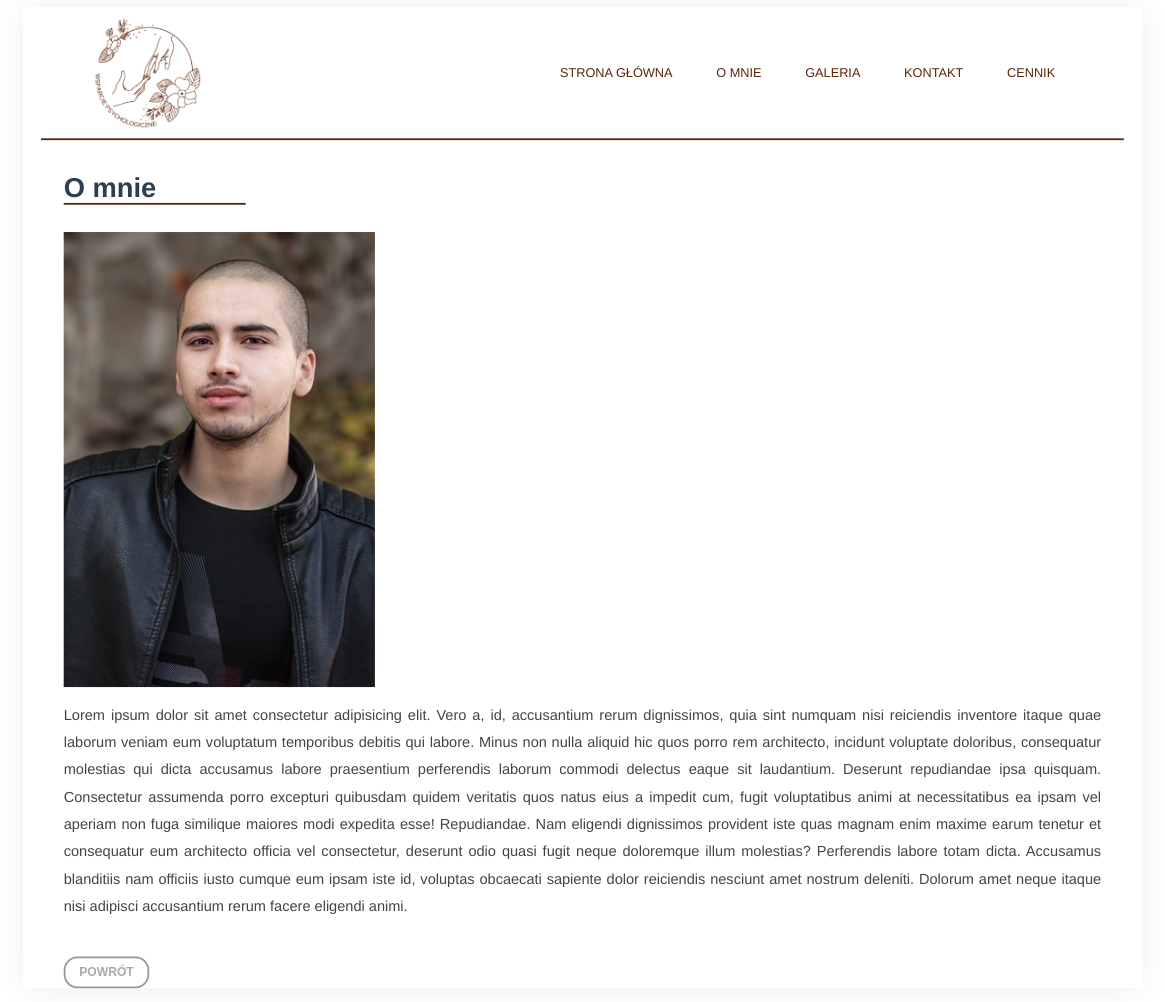
Repository: Kondzioor/szczepan-page
Page: /about
These files come from the project's save history. The page is drawn as it stood at one moment and after the next save; the edit follows.
The browser window is 1280 px wide. The pictures show the whole page, at 91% of full size.
Some web libraries are served in a nearby version. The project was rebuilt for these pictures with package versions that can differ from the ones it lists, and the page was loaded fresh each time. Also part of the build but not shown: src/views/Home.vue.

Above is the page before, as saved 2022-03-28 21:22:20.

### public/index.html
<!DOCTYPE html>
<html lang="">
  <head>
    <meta charset="utf-8">
    <meta http-equiv="X-UA-Compatible" content="IE=edge">
    <meta name="viewport" content="width=device-width,initial-scale=1.0">
    <link rel="icon" href="<%= BASE_URL %>favicon.ico">
    <title><%= htmlWebpackPlugin.options.title %></title>
    <script src="https://kit.fontawesome.com/c0ecb9f799.js" crossorigin="anonymous"></script>
  </head>
  <body>
    <noscript>
      <strong>We're sorry but <%= htmlWebpackPlugin.options.title %> doesn't work properly without JavaScript enabled. Please enable it to continue.</strong>
    </noscript>
    <div id="app"></div>
    <!-- built files will be auto injected -->
  </body>
</html>

### src/App.vue
<template>
 <div class="app">
   <Navbar />
   <router-view></router-view>
 </div>
</template>
<script>
import Navbar from './components/Navbar.vue'
export default {
  components:{
    Navbar,
  }
}
</script>

<style lang="scss">
.app {
  font-family: Avenir, Helvetica, Arial, sans-serif;
  -webkit-font-smoothing: antialiased;
  -moz-osx-font-smoothing: grayscale;
  color: #2c3e50;
  width: 100%;
  box-sizing: border-box;
  max-width:  1230px;
  min-height: 100vh;
  margin: 0 auto;
  padding: 0 20px;
  box-shadow: 0 0 35px #eee ;
}
a{
  text-decoration: none;
}
ul li{
  list-style: none;
}
button{
  border: none;
  outline: none;
  background: transparent;
  cursor: pointer;
}
</style>

### src/router/index.js
import { createRouter, createWebHistory } from 'vue-router'
import Home from '../views/Home.vue'
import AboutUs from '../views/AboutUs.vue'

const routes = [
  {
    path: '/',
    name: 'Home',
    component: Home
  },
  {
    path: '/about',
    name: 'AboutUs',
    component: AboutUs
  }
]

const router = createRouter({
  history: createWebHistory(process.env.BASE_URL),
  routes
})

export default router

### src/components/Navbar.vue
<template>
    <div class="header">
        <nav>
            <div class="branding">
                <img class="logo" src="../assets/logo/logo.png" alt="">
            </div>
            <ul v-if="!mobile" class="navigation">
                <li ><a class="link" href="#" @click="homePush">Strona główna</a></li>
                <li ><a class="link" href="#" @click="aboutUsPush">O mnie</a></li>
                <li ><a class="link" href="#">Galeria</a></li>
                <li ><a class="link" href="#">Kontakt</a></li>
                <li ><a class="link" href="#">Cennik</a></li>
            </ul>

            <div class="icon">
                <i @click="toggleMobileNav" v-show="mobile" class="fas fa-bars" :class="{'icon-active': mobileNav}"></i>
            </div>
            <transition name="mobile-nav">
                <ul v-if="mobileNav" class="dropdown-nav">
                <li ><a class="link" href="#" @click="homePush">Strona główna</a></li>
                <li ><a class="link" href="#" @click="aboutUsPush">O mnie</a></li>
                <li ><a class="link" href="#">Galeria</a></li>
                <li ><a class="link" href="#">Kontakt</a></li>
                <li ><a class="link" href="#">Cennik</a></li>
                </ul>
            </transition>
        </nav>
    </div>
</template>
<script>
import { useRouter } from "vue-router";
export default {

    data(){
        return{
            router: useRouter(),
            mobile: null,
            mobileNav: null,
            windowWidth: null,
        }
    },
    computed:{

  },
  methods:{
    toggleMobileNav(){
        this.mobileNav = !this.mobileNav
    },
    homePush(){
        this.router.push('/')
    },
    aboutUsPush(){
      this.router.push('/about')
    },

    checkScreen(){
        this.windowWidth = window.innerWidth;
        if(this.windowWidth <= 920){
            this.mobile = true
            return
        }
        this.mobile = false;
        this.mobileNav = false;
        return
    },
  },
  created(){
      window.addEventListener('resize',this.checkScreen);
      this.checkScreen();
  },
}
</script>
<style scoped>
.header{
    max-width:  1230px;
    background-color: white;
    width: 100%;
    border-bottom: 2px solid #5b250a;
    position: relative;
    transition: 0.5s ease all;
    color: #5b250a;
}
.logo{
    cursor: pointer;
}
nav{
    display: flex;
    flex-direction: row;
    padding: 12px 0;
    transition: .5s ease all;
    width:90%;
    margin: 0 auto;
    align-items: center;
}
ul,
.link {
    font-weight: 500;
    color: #5b250a;
    list-style: none;
    text-decoration: none;
}
li{
    text-transform: uppercase;
    padding: 16px;
    margin-left: 16px;
}
.link{
    font-size: 14px;
    transition: .5s ease all;
    padding-bottom: 4px;
    border-bottom: 1px solid transparent;
}
.link:hover{
    color: rgb(81,167,38);
    border-color: rgb(81,167,38);

}
.branding{

    display: flex;
    align-items: center;

}
.branding img{
    width:100%;
    transition: .5s ease all;
}
.navigation{
    display:flex;
    align-items: center;
    flex:1;
    justify-content: flex-end;
}
.icon{
    display: flex;
    align-items: center;
    position: absolute;
    top:0;
    right: 24px;
    height: 100%;
    z-index: 100;
}
i{
    cursor: pointer;
    font-size: 24px;
    transition: .8s ease all;
    margin-right: 40px;
}
.icon-active{
    transform: rotate(180deg);
}
.dropdown-nav{
    display: flex;
    flex-direction: column;
    position: fixed;
    width: 100%;
    max-width: 250px;
    height: 100%;
    background-color: #fff;
    top: 0;
    left: 0;
    z-index: 99;
}
.dropdown-nav li{
    margin-left: 0;

}
.mobile-nav-enter-active,
.mobile-nav-leave-active{
    transition: 1s ease all;
}
.mobile-nav-enter-from,
.mobile-nav-leave-to{
    transform: translateX(-250px)
}
.mobile-nav-enter-to{
    transform: translateX(0)
}

@media (max-width: 420px){
  i{
      margin-right: 10px;
  }
}
@media (max-width: 500px){
  i{
      margin-right: 5px;
  }
}
</style>

### src/views/AboutUs.vue
<template>
<div class="container">
        <div class="inner-container">
                <h1> O mnie
                    <div class="border"></div>
                </h1>
                <section>
                    <div class="photo"></div>
                <p class="text">
               Lorem ipsum dolor sit amet consectetur adipisicing elit. Vero a, id, accusantium rerum dignissimos, quia sint numquam nisi reiciendis inventore itaque quae laborum veniam eum voluptatum temporibus debitis qui labore.
               Minus non nulla aliquid hic quos porro rem architecto, incidunt voluptate doloribus, consequatur molestias qui dicta accusamus labore praesentium perferendis laborum commodi delectus eaque sit laudantium. Deserunt repudiandae ipsa quisquam.
               Consectetur assumenda porro excepturi quibusdam quidem veritatis quos natus eius a impedit cum, fugit voluptatibus animi at necessitatibus ea ipsam vel aperiam non fuga similique maiores modi expedita esse! Repudiandae.
               Nam eligendi dignissimos provident iste quas magnam enim maxime earum tenetur et consequatur eum architecto officia vel consectetur, deserunt odio quasi fugit neque doloremque illum molestias? Perferendis labore totam dicta.
               Accusamus blanditiis nam officiis iusto cumque eum ipsam iste id, voluptas obcaecati sapiente dolor reiciendis nesciunt amet nostrum deleniti. Dolorum amet neque itaque nisi adipisci accusantium rerum facere eligendi animi.
                </p>
                </section>

                <button @click="homePush">Powrót</button>
        </div>
    </div>
</template>
<script>
import { useRouter } from "vue-router";
export default {
    data(){
        return{
             router: useRouter(),
        }
    },
    methods:{
        homePush(){
            this.router.push('/products')
        }
    }
}
</script>
<style scoped>

.container{
    display: flex;
    align-items: center;
    justify-content: center;
    border-radius: 50px;
    margin: 15px 15px;
}
.inner-container{
    padding: 0 10px;
}
.inner-container h1{
    margin-bottom: 30px;
    font-size: 30px;
    font-weight: 800;
}
.border{
    height: 2px;
    width: 200px;
    background-color:#5b250a ;
}
.section{
    display: flex;
    flex-direction: row;
}
.photo{
    max-width: 30%;
    height: 500px;
    background-position-x: 65%;
    background-repeat: no-repeat;
    background-size: cover;
    background-image: url('../assets/boy.jpg');
}
.text
{
    font-size: 16px;
    color: #444;
    line-height: 30px;
    text-align: justify;
    margin-bottom: 40px;
}
button{
    border: 2px solid #999;
    color: #aaa;
    border-radius: 15px;
    padding: 8px 15px;
    text-transform: uppercase;
    font-weight: 600;

}
button:hover{
    color: rgb(81,167,38);
    border-color: rgb(81,167,38);
}
span{
    font-weight: bold;
}
@media (max-width: 720px){
    .inner-container{
    padding: 80px 50px;
    }
}
@media (max-width: 500px){
    .inner-container{
    padding: 50px 20px;
    }
}
</style>

Loaded but not shown: src/main.js (common file); src/store/index.js (common file)

After the next save:
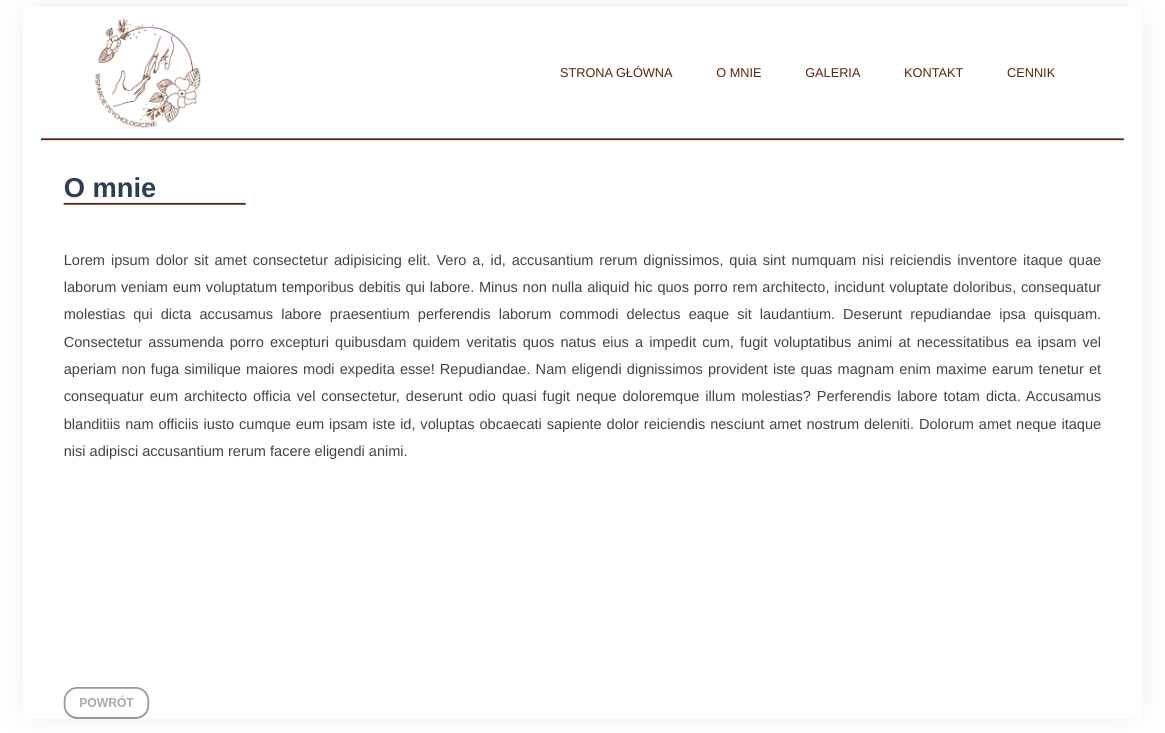
Saved 7 s later.
--- a/src/views/AboutUs.vue
+++ b/src/views/AboutUs.vue
@@ -56,7 +56,7 @@
     width: 200px;
     background-color:#5b250a ;
 }
-.section{
+section{
     display: flex;
     flex-direction: row;
 }

After the save that followed:
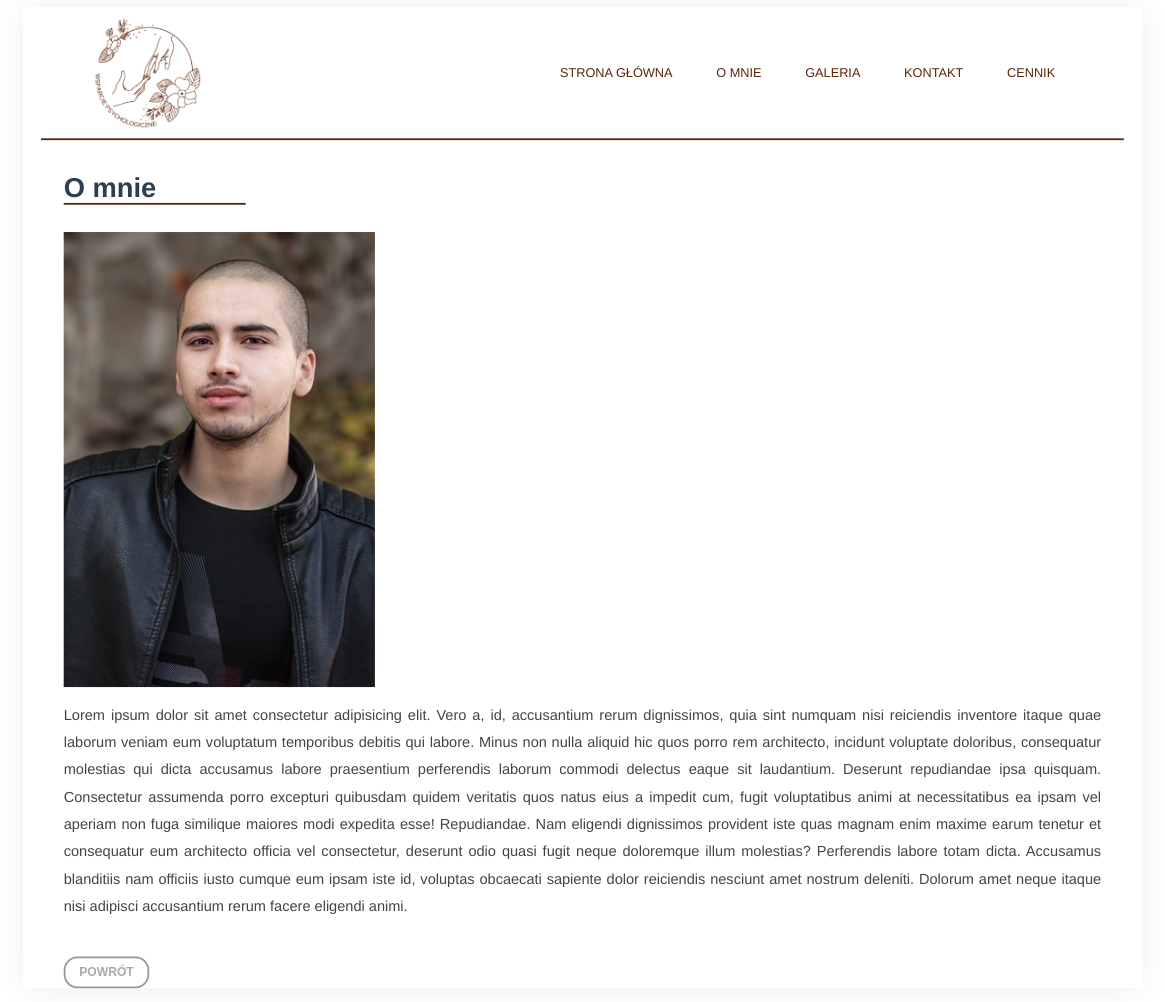
Saved 7 s later.
--- a/src/views/AboutUs.vue
+++ b/src/views/AboutUs.vue
@@ -56,7 +56,7 @@
     width: 200px;
     background-color:#5b250a ;
 }
-section{
+.section{
     display: flex;
     flex-direction: row;
 }
